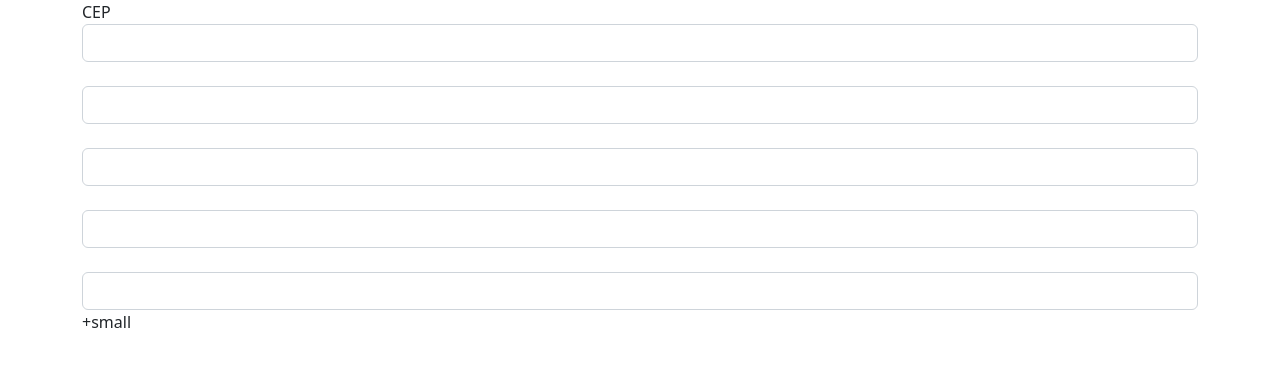
Repository: Mardoqueu/fetch-CEP
Page: index.html
These files come from the project's save history. The page is drawn as it stood at one moment and after the next save; the edit follows.
The browser window is 1280 px wide. The pictures show the whole page.

Above is the page before, as saved 2022-10-26 10:27:09.

### index.html
<!DOCTYPE html>
<html lang="pt-br">
<head>
  <meta charset="UTF-8">
  <meta http-equiv="X-UA-Compatible" content="IE=edge">
  <meta name="viewport" content="width=device-width, initial-scale=1.0">
  <title>Consulta CEP</title>
  <link rel="stylesheet" href="node_modules/bootstrap/dist/css/bootstrap.min.css">
</head>
<body>
    <div class="container">
      <form>
        <div class="form-group"><label for="cep">CEP</label><input type="text" class="form-control"></div>
        <div class="form-group"><label for=""></label><input type="text" class="form-control"></div>
        <div class="form-group"><label for=""></label><input type="text" class="form-control"></div>
        <div class="form-group"><label for=""></label><input type="text" class="form-control"></div>
        <div class="form-group"><label for=""></label><input type="text" class="form-control"></div>+small
      </form>
    </div>
</body>
</html>

Loaded but not shown: node_modules/bootstrap/dist/css/bootstrap.min.css (library)

After the next save:
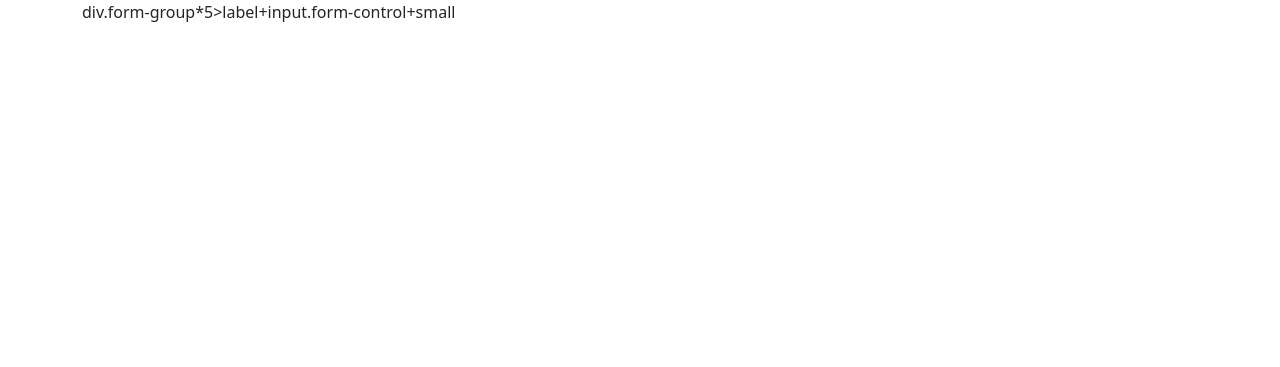
Saved 22 s later.
--- a/index.html
+++ b/index.html
@@ -10,11 +10,7 @@
 <body>
     <div class="container">
       <form>
-        <div class="form-group"><label for="cep">CEP</label><input type="text" class="form-control"></div>
-        <div class="form-group"><label for=""></label><input type="text" class="form-control"></div>
-        <div class="form-group"><label for=""></label><input type="text" class="form-control"></div>
-        <div class="form-group"><label for=""></label><input type="text" class="form-control"></div>
-        <div class="form-group"><label for=""></label><input type="text" class="form-control"></div>+small
+        div.form-group*5>label+input.form-control+small
       </form>
     </div>
 </body>

After the save that followed:
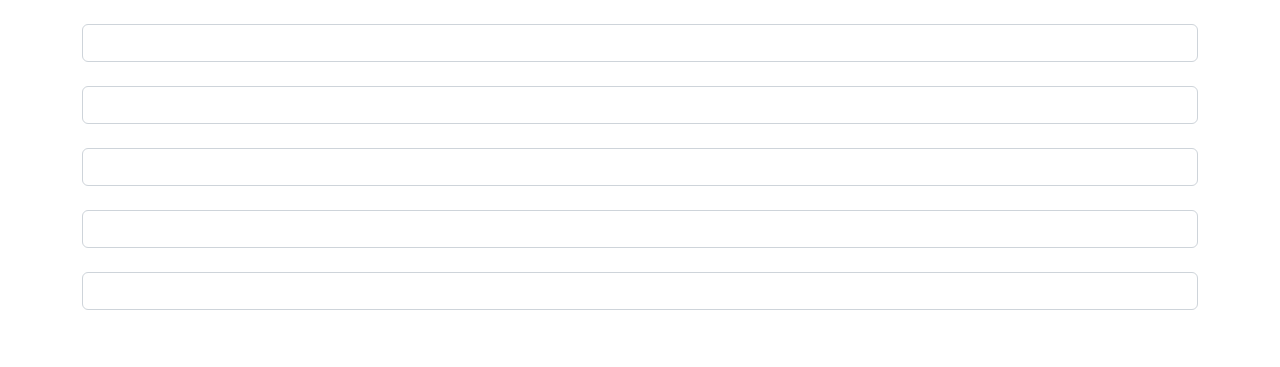
Saved 26 s later.
--- a/index.html
+++ b/index.html
@@ -10,7 +10,11 @@
 <body>
     <div class="container">
       <form>
-        div.form-group*5>label+input.form-control+small
+        <div class="form-group"><label for=""></label><input type="text" class="form-control"><small></small></div>
+        <div class="form-group"><label for=""></label><input type="text" class="form-control"><small></small></div>
+        <div class="form-group"><label for=""></label><input type="text" class="form-control"><small></small></div>
+        <div class="form-group"><label for=""></label><input type="text" class="form-control"><small></small></div>
+        <div class="form-group"><label for=""></label><input type="text" class="form-control"><small></small></div>
       </form>
     </div>
 </body>
